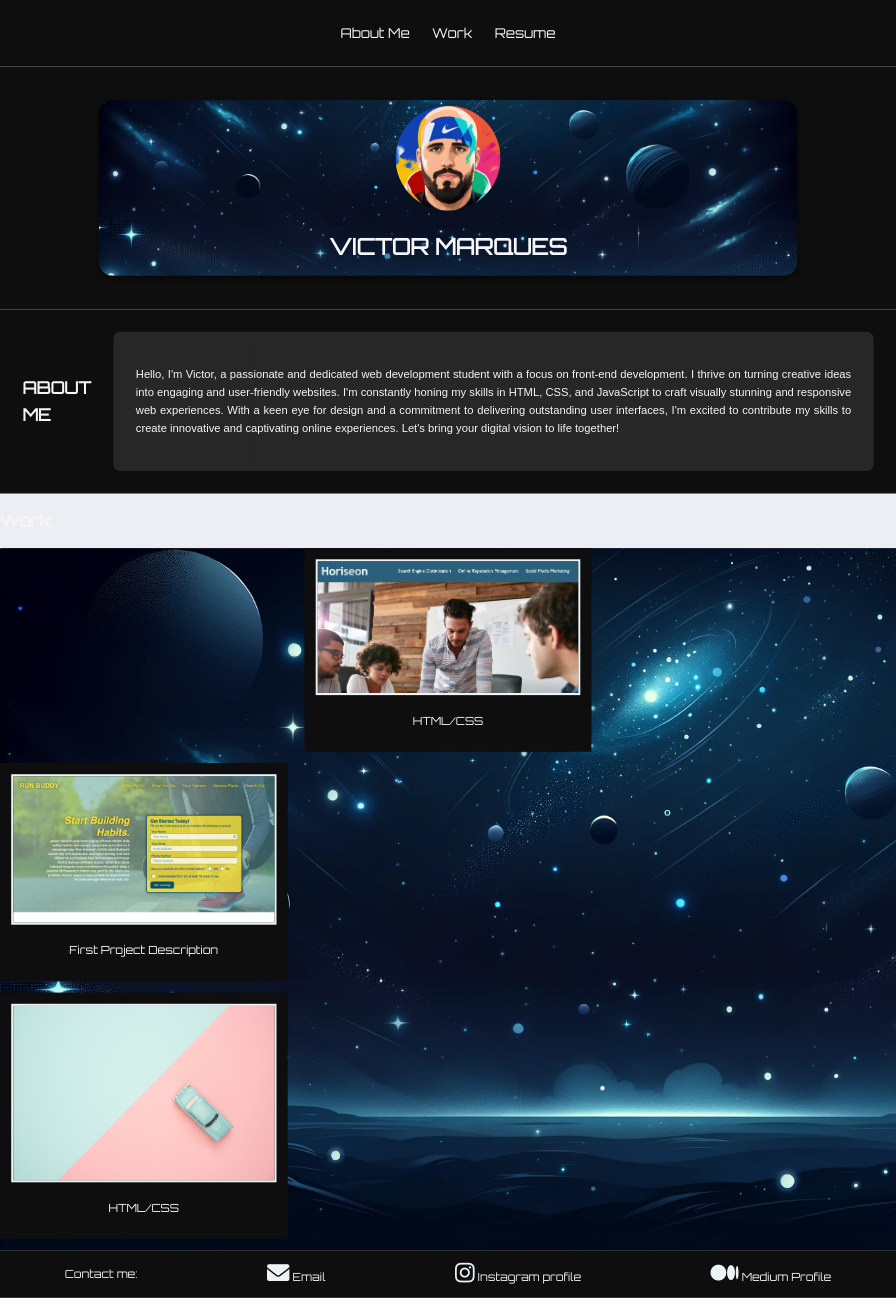
Repository: uvee35/Challenge2-Victor
Page: index.html
These files come from the project's save history. The page is drawn as it stood at one moment and after the next save; the edit follows.
The browser window is 1280 px wide. The pictures show the whole page, at 70% of full size.

Above is the page before, as saved 2023-12-12 21:14:43.

### index.html
<!DOCTYPE html>
<html lang="en-gb">
  <head>
    <meta charset="UTF-8" />
    <meta name="viewport" content="width=device-width, initial-scale=1.0" />
    <meta http-equiv="X-UA-Compatible" content="ie=edge" />
    <title>Victor Marques Portfolio</title>
    <link rel="stylesheet" href="assets/style.css" />
    <link
      href="https://cdnjs.cloudflare.com/ajax/libs/font-awesome/6.0.0-beta3/css/all.min.css"
      rel="stylesheet"
    />
    <link
      href="https://fonts.googleapis.com/css?family=Orbitron&display=swap"
      rel="stylesheet"
    />
  </head>

  <body>
    <header class="header">
      <nav class="header__nav">
        <ul class="nav__list">
          <li class="nav__item">
            <a href="#about-me" class="nav__link">About Me</a>
          </li>
          <li class="nav__item"><a href="#work" class="nav__link">Work</a></li>
          <li class="nav__item">
            <a href="#resume" class="nav__link">Resume</a>
          </li>
        </ul>
      </nav>
    </header>

    <section class="hero-banner">
      <div class="hero-banner__content">
        <img src="..///assets/victor.JPG" alt="Victor" class="about__image" />
        <h1>VICTOR MARQUES</h1>
      </div>
    </section>

    <main class="page-wrapper">
      <section id="about-me"></section>
      <section class="about-section">
        <h2 class="about-title">ABOUT ME</h2>
        <div class="about-box">
          <p class="about-me-text">
            Hello, I'm Victor, a passionate and dedicated web development
            student with a focus on front-end development. I thrive on turning
            creative ideas into engaging and user-friendly websites. I'm
            constantly honing my skills in HTML, CSS, and JavaScript to craft
            visually stunning and responsive web experiences. With a keen eye
            for design and a commitment to delivering outstanding user
            interfaces, I'm excited to contribute my skills to create innovative
            and captivating online experiences. Let's bring your digital vision
            to life together!
          </p>
        </div>
      </section>

      <section class="page-section" id="work">
        <h2>Work</h2>
        <div class="work__projects">
          <!-- Top featured project -->
          <div class="project project--featured">
            <img
              src="./assets/project.png"
              alt="HTML/CSS"
              class="work__image"
            />
            <p class="project-description">HTML/CSS</p>
          </div>
          <!-- Two projects underneath -->
          <div class="project-row">
            <div class="project">
            <img
              src="./assets/02-run-buddy.jpg"
              alt="First Project Description"
              class="work__image"
            />
            <p class="project-description">First Project Description</p>
          </div>
          <div class="project">
            <img
              src="./assets/02-portfolio-3.jpg"
              alt="Second Project Description"
              class="work__image"
            />
            <p class="project-description">HTML/CSS</p>
          </div>
        </div>
      </section>
    </main>

    <footer class="footer">
      <div class="footer__contact-info">
        <span class="footer__contact-header">Contact me: </span>
        <a href="mailto:victormarquesrina@hotmail.com" class="contact-link">
          <i class="fas fa-envelope social-icon"></i>
          <span>Email</span>
        </a>
        <a href="https://www.instagram.com/Uvee35" class="contact-link">
          <i class="fab fa-instagram social-icon"></i>
          <span>Instagram profile</span>
        </a>
        <a href="https://medium.com/@victor5.vm58" class="contact-link">
          <i class="fab fa-medium social-icon"></i>
          <span>Medium Profile</span>
        </a>
      </div>
    </footer>
  </body>
</html>

### assets/style.css
:root {
  --primary-color: #edeef3;
  --secondary-color: #0e0e0e;
  --accent-color: #edf2f4;
  --font-color: #f6f6f6;
  --font-family: 'Orbitron', sans-serif;
}

*,
*::before,
*::after {
  box-sizing: border-box;
}

body {
  font-family: var(--font-family);
  color: var(--font-color);
  background-color: var(--primary-color);
  line-height: 1.6;
  margin: 0;
  padding: 0;
  display: flex;
  flex-direction: column;
  min-height: 100vh;
}

.project {
  overflow: hidden;
}

.project:hover .work__image {
  transform: scale(1.05);
  transition: transform 0.3s ease;
}

.work__image {
  display: block;
  width: 100%;
  max-width: 300px;
  min-width: 100px;
  height: auto;
  transition: transform 0.3s ease;
  margin: 0 auto;
}

.header {
  display: flex;
  justify-content: center;
  align-items: center;
  padding: 1rem;
  background-color: #0e0e0e;
}

.nav__list {
  display: flex;
  justify-content: center;
  align-items: center;
  list-style: none;
  padding: 0;
}

.nav__item {
  margin: 0 1rem;
}

.nav__link {
  color: var(--font-color);
  text-decoration: none;
  font-size: 1.2rem;
}

.hero-banner {
  padding: 1rem;
  text-align: center;
  background-color: #0e0e0e;
}

.hero-banner__content {
  max-width: 600px;
  margin: auto;
  background-image: url('../assets/background.png');
  background-size: cover;
  background-position: center;
  padding: 0.5rem 0;
  text-align: center;
  display: flex;
  flex-direction: column;
  align-items: center;
  justify-content: center;
  border-radius: 20px;
  margin: 2rem;
  box-shadow: 0 4px 8px rgba(0, 0, 0, 0.5);
  width: 80%;
  max-width: 1200px;
  margin-left: auto;
  margin-right: auto;
}

.hero-banner h1 {
  font-size: 2rem;
  margin-bottom: 0.5rem;
}

.about__image {
  width: 150px;
  height: 150px;
  border-radius: 50%;
  object-fit: cover;
}

.about-section {
  background-color: var(--secondary-color);
  padding: 2rem;
  display: flex;
  justify-content: space-between;
  align-items: center;
}

.about-title {
  color: var(--font-color);
  font-size: 1.5rem;
  margin-right: 2rem;
}

.about-box {
  flex-grow: 1;
  background: rgba(255, 255, 255, 0.1);
  padding: 2rem;
  border-radius: 10px;
  color: var(--font-color);
  font-size: 1rem;
  text-align: justify;
  font-family: Arial, Helvetica, sans-serif;
}

.work__projects {
  display: flex;
  flex-wrap: wrap;
  gap: 1rem;
  justify-content: center;
}

.project {
  background-color: var(--secondary-color);
  padding: 1rem;
  width: calc(33.333% - 1rem);
  margin-bottom: 1rem;
}

.project--featured {
  max-width: 500px;
  margin: auto;
}

.project img {
  max-width: 100%;
  height: auto;
  border: 3px solid var(--accent-color);
}

.footer {
  background-color: var(--secondary-color);
  color: var(--primary-color);
  text-align: center;
  padding: 1rem 0;
  display: flex;
  justify-content: space-around;
  align-items: center;
  margin-top: auto;
}

.footer a {
  color: var(--primary-color);
  text-decoration: none;
}

.footer__contact-info {
  display: flex;
  justify-content: space-around;
  align-items: center;
  width: 100%;
}

.social-icon {
  font-size: 2rem;
  color: var(--accent-color);
}
.work__projects {
  display: grid;
  grid-template-columns: repeat(1, 1fr); /* One column layout for the top image */
  gap: 1rem;
  background-image: url(../assets/background.png);
}

.project--featured {
  grid-column: 1 / -1; /* Make the featured project span full width */
}

.project {
  /* If you want two projects side by side under the featured project */
  grid-template-columns: repeat(2, 1fr); /* Two columns layout for the underneath images */
  gap: 1rem;
}

.project-description {
  text-align: center;
  padding-top: 0.5rem; /* Space between image and description text */
}

@media (max-width: 768px) {
  .work__projects {
    grid-template-columns: 1fr; /* Stack images on smaller screens */
  }
}


/* Responsive adjustments for tablet devices */
@media (max-width: 768px) {
  .work__image {
    max-width: 150px;
  }

  .project {
    width: calc(50% - 1rem);
  }

  .project--featured {
    width: calc(66.666% - 1rem);
  }

  .about-box {
    width: 90%;
    padding: 1rem;
  }

  .footer__contact-info {
    flex-direction: column;
    gap: 1rem;
  }

  .social-icon {
    font-size: 2.5rem;
  }
}

/* Responsive adjustments for mobile devices */
@media (max-width: 480px) {
  .work__image {
    max-width: 100px;
  }

  .nav__list {
    flex-direction: column;
    align-items: center;
  }

  .nav__item {
    margin-bottom: 0.5rem;
  }

  .project,
  .project--featured {
    width: 100%;
  }

  .about-section {
    flex-direction: column;
    text-align: center;
  }

  .hero-banner__content {
    background-image: url('../assets/background.png');
  }

  .about-title {
    margin: 0 0 1rem 0;
  }

  .about-box {
    padding: 1rem;
  }

  .footer__contact-info {
    flex-direction: column;
    gap: 1rem;
  }

  .social-icon {
    font-size: 2.5rem;
  }
}

After the next save:
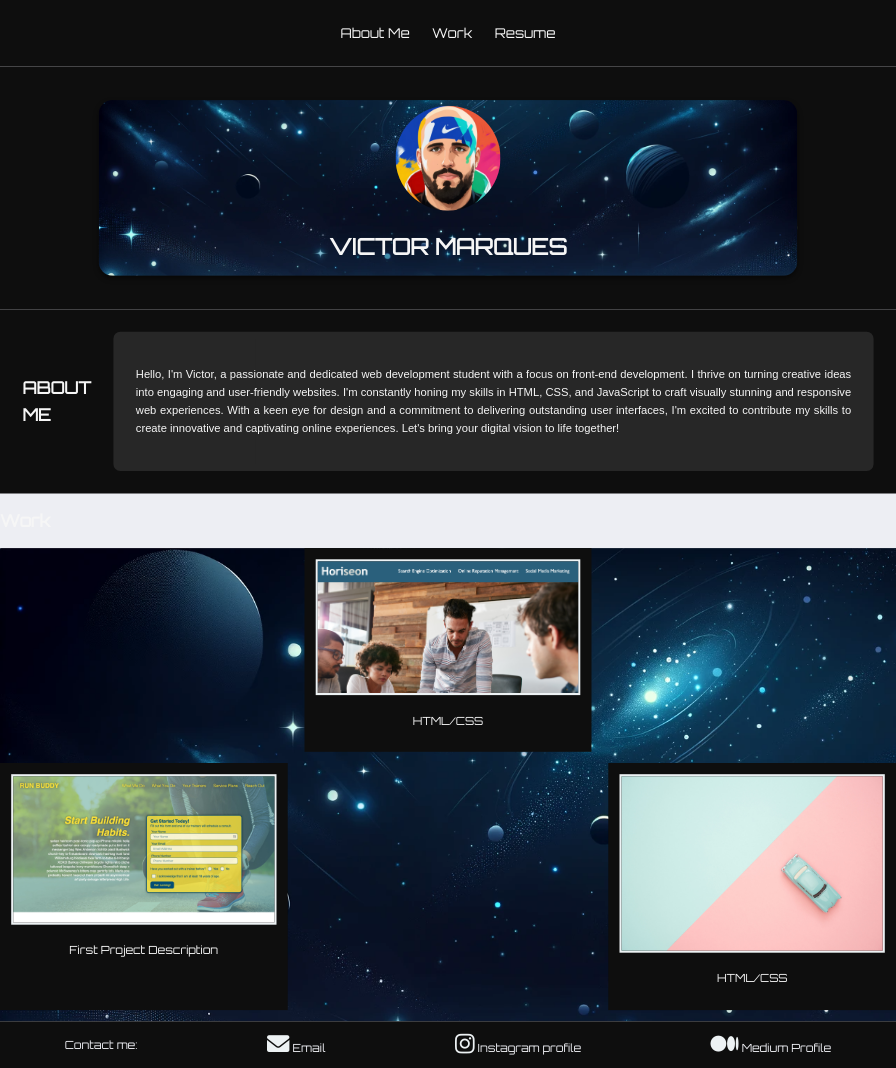
Saved 21 s later.
--- a/assets/style.css
+++ b/assets/style.css
@@ -201,6 +201,11 @@
   grid-template-columns: repeat(2, 1fr); /* Two columns layout for the underneath images */
   gap: 1rem;
 }
+.project-row {
+  display: flex;
+  justify-content: space-between;
+  width: 100%;
+}
 
 .project-description {
   text-align: center;
